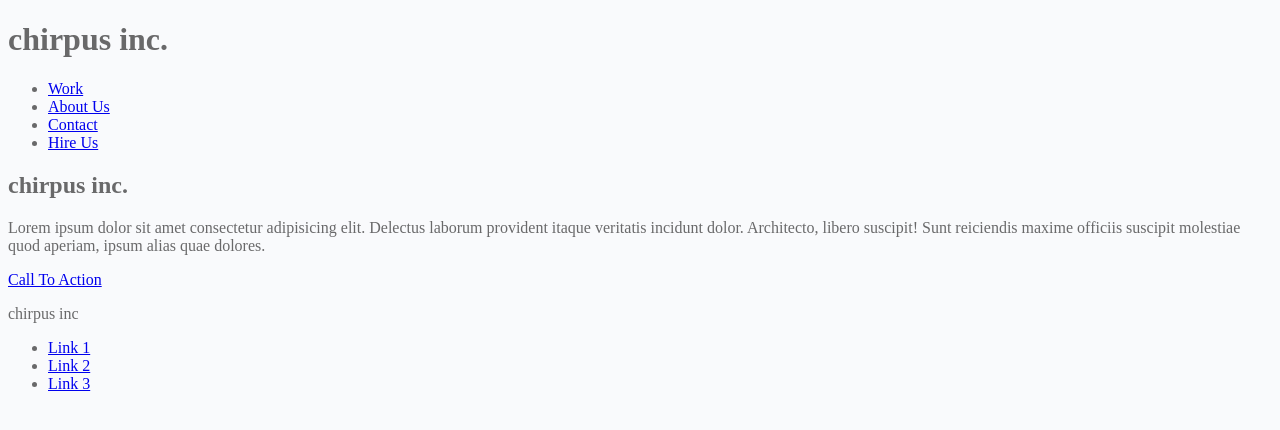
Repository: sudhasew/HTML-CSS-LAB
Page: index.html
An editor plug-in stored every save of this project. The page is shown before and after the next save, followed by the edit.
The browser window is 1280 px wide. The pictures show the whole page.

Above is the page before, as saved 2021-09-28 06:32:09.

After the next save:
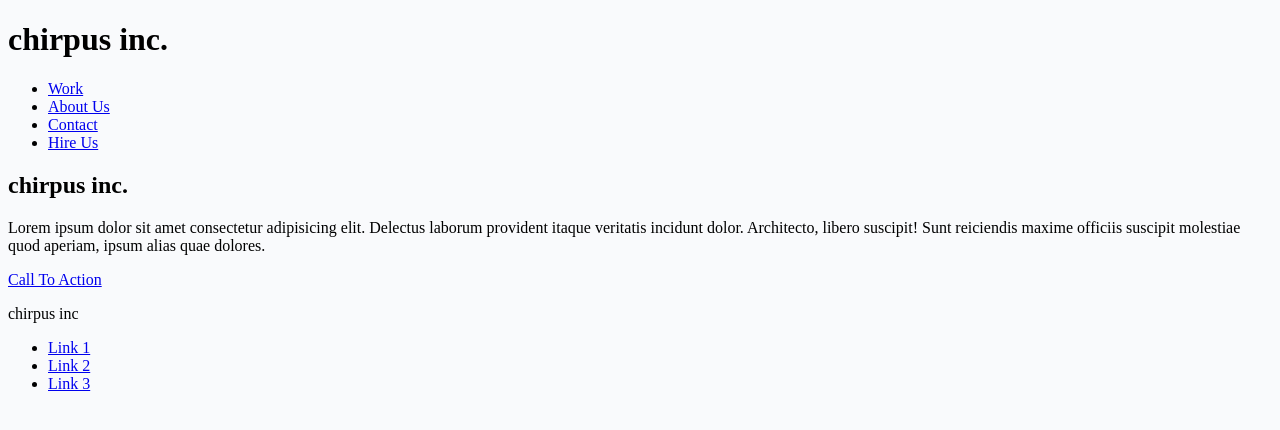
Saved 21 min 24 s later.
--- a/style.css
+++ b/style.css
@@ -1,5 +1,5 @@
  @import url('https://fonts.googleapis.com/css?family=Open+Sans');
  body{
      background-color: #f9fafc;
-     color: #69696a;
+     color: #000;
  }
